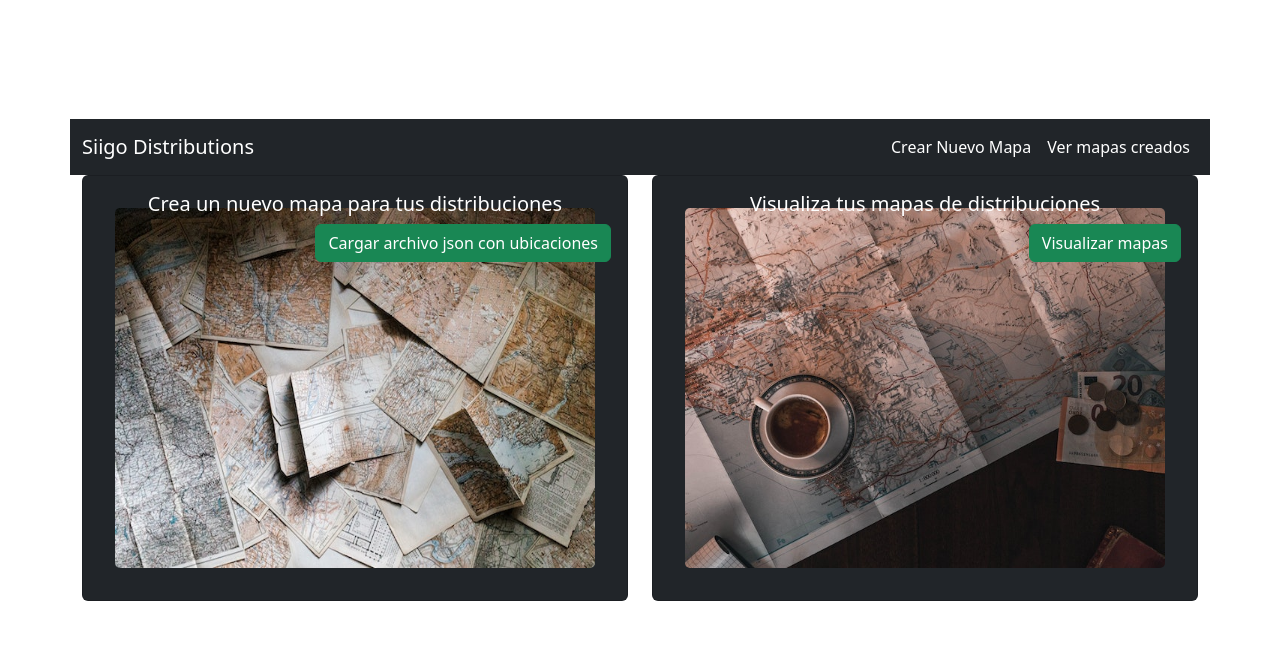
Repository: DevArthuro/Siigo-Distributions
Page: / (app in frontend/)
The author's editor kept a copy of each file at every save. The page is drawn from the files as they stood at one save, then again after the next save.
The browser window is 1280 px wide. The pictures show the whole page.
The project was rebuilt for these pictures with package versions that can differ from the ones it lists, and the page was loaded fresh each time. Also part of the build but not shown: frontend/vite.config.js, frontend/src/stores/useGraphSpeccifictMap.js, frontend/src/components/TableToManageMap.vue, frontend/src/views/WhatchSpecifictMap.vue.

Above is the page before, as saved 2023-09-27 08:41:46.

After the next save:
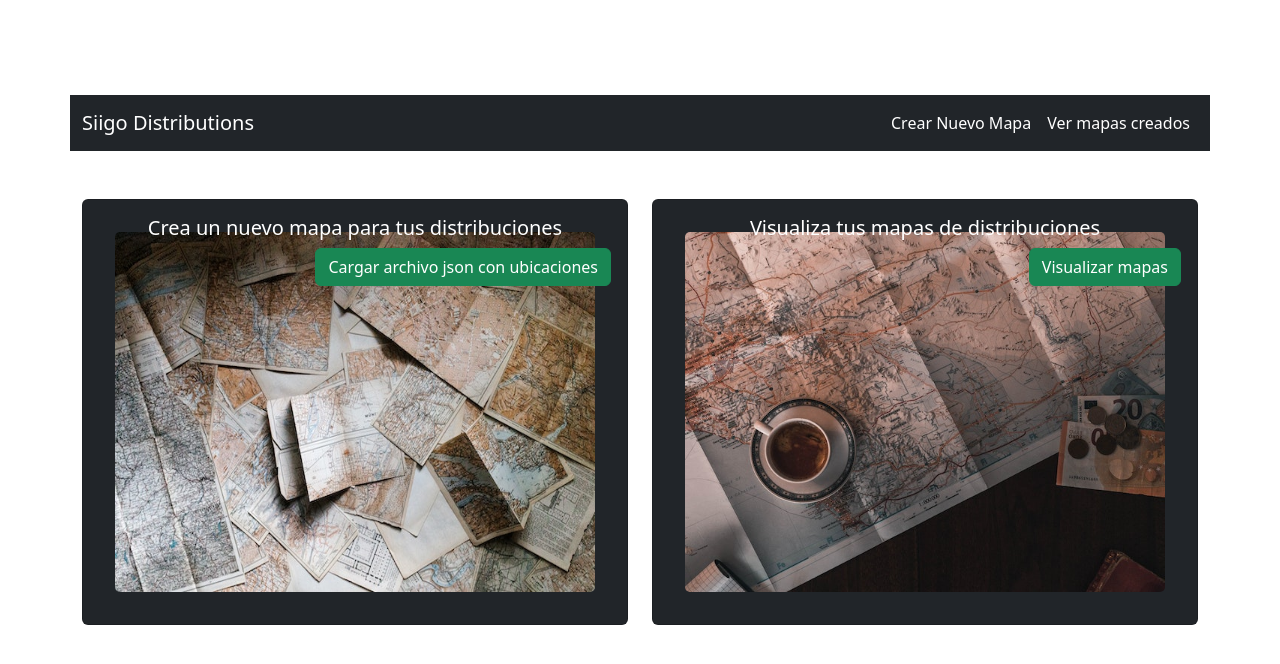
Saved 33 s later.
--- a/frontend/src/views/DashBoard.vue
+++ b/frontend/src/views/DashBoard.vue
@@ -1,6 +1,6 @@
 <template>
     <navbar/>
-    <div class="container">
+    <div class="container mt-5">
         <div class="row">
             <CardCreateMap/>
             <CardWatchMap/>
